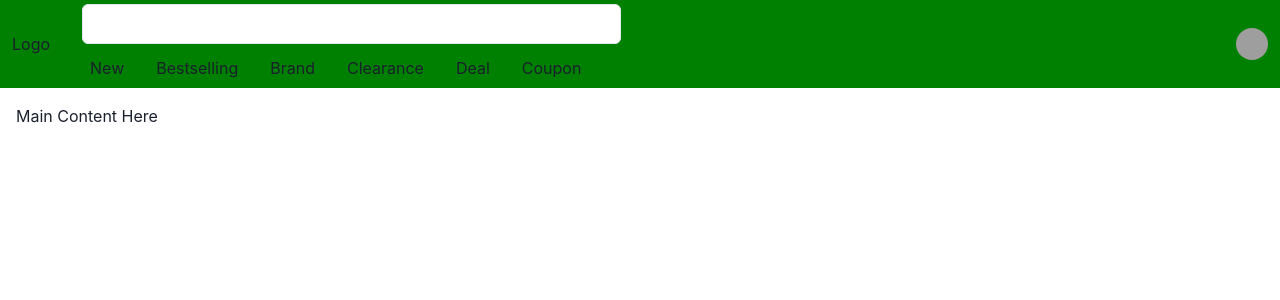
Repository: Vedprakas987/Shopee_cw24
Page: / (app in shopee_online/)
The author's editor kept a copy of each file at every save. The page is drawn from the files as they stood at one save, then again after the next save.
The browser window is 1280 px wide. The pictures show the whole page.
Pictures or frames that could not be fetched are drawn as grey boxes. The project was rebuilt for these pictures with package versions that can differ from the ones it lists, and the page was loaded fresh each time.

Above is the page before, as saved 2022-12-15 21:19:07.

### shopee_online/src/index.js
import React from 'react';
import ReactDOM from 'react-dom/client';
import './index.css';
import App from './App';
import reportWebVitals from './reportWebVitals';
import { BrowserRouter } from 'react-router-dom';
import { ChakraProvider } from '@chakra-ui/react';
const root = ReactDOM.createRoot(document.getElementById('root'));
root.render(
  <ChakraProvider>
  <BrowserRouter>
    <App />
  </BrowserRouter>
  </ChakraProvider>

);

// If you want to start measuring performance in your app, pass a function
// to log results (for example: reportWebVitals(console.log))
// or send to an analytics endpoint. Learn more: https://bit.ly/CRA-vitals
reportWebVitals();

### shopee_online/src/App.js
import Navbar from "./Routes/Navbar";
function App() {
  return (
    <div className="App">
      <Navbar/>
    </div>
  );
}

export default App;

### shopee_online/src/Routes/Navbar.jsx
import { ReactNode } from 'react';
import { Input, VStack } from '@chakra-ui/react';
import {
  Box,
  Flex,
  Avatar,
  HStack,
  Link,
  IconButton,
  Button,
  Menu,
  MenuButton,
  MenuList,
  MenuItem,
  MenuDivider,
  useDisclosure,
  useColorModeValue,
  Stack,
} from '@chakra-ui/react';
import { HamburgerIcon, CloseIcon } from '@chakra-ui/icons';

const Links = ['New','Bestselling','Brand','Clearance','Deal','Coupon',''];

const NavLink = ({ children }) => (
  <Link
    px={2}
    py={1}
    rounded={'md'}
    _hover={{
      textDecoration: 'none',
      bg: useColorModeValue('gray.200', 'gray.700'),
    }}
    href={'#'}>
    {children}
  </Link>
);

export default function Navbar() {
  const { isOpen, onOpen, onClose } = useDisclosure();

  return (
    <>
      <Box bg={useColorModeValue('green', 'green')} px={7} padding="12px">
        <Flex h={16} alignItems={'center'} justifyContent={'space-between'}>
          <IconButton
            size={'md'}
            icon={isOpen ? <CloseIcon /> : <HamburgerIcon />}
            aria-label={'Open Menu'}
            display={{ md: 'none' }}
            onClick={isOpen ? onClose : onOpen}
          />
          <HStack spacing={8} alignItems={'center'}>
            <Box>Logo</Box>
            <VStack>
                <Input bg="white" color="black"/>
            <HStack
              as={'nav'}
              spacing={4}
              display={{ base: 'none', md: 'flex' }}>
              {Links.map((link) => (
                <NavLink key={link}>{link}</NavLink>
              ))}
            </HStack>
            </VStack>
          </HStack>

          <Flex alignItems={'center'}>
            <Menu>
              <MenuButton
                as={Button}
                rounded={'full'}
                variant={'link'}
                cursor={'pointer'}
                minW={0}>
                <Avatar
                  size={'sm'}
                  src={
                    'https://images.unsplash.com/photo-1493666438817-866a91353ca9?ixlib=rb-0.3.5&q=80&fm=jpg&crop=faces&fit=crop&h=200&w=200&s=b616b2c5b373a80ffc9636ba24f7a4a9'
                  }
                />
              </MenuButton>
              <MenuList>
                <MenuItem>Link 1</MenuItem>
                <MenuItem>Link 2</MenuItem>
                <MenuDivider />
                <MenuItem>Link 3</MenuItem>
              </MenuList>
            </Menu>
          </Flex>
        </Flex>

        {isOpen ? (
          <Box pb={4} display={{ md: 'none' }}>
            <Stack as={'nav'} spacing={4}>
              {Links.map((link) => (
                <NavLink key={link}>{link}</NavLink>
              ))}
            </Stack>
          </Box>
        ) : null}
      </Box>

      <Box p={4}>Main Content Here</Box>
    </>
  );
}

Loaded but not shown: shopee_online/public/index.html (common file); shopee_online/src/index.css (common file); shopee_online/src/reportWebVitals.js (common file)

After the next save:
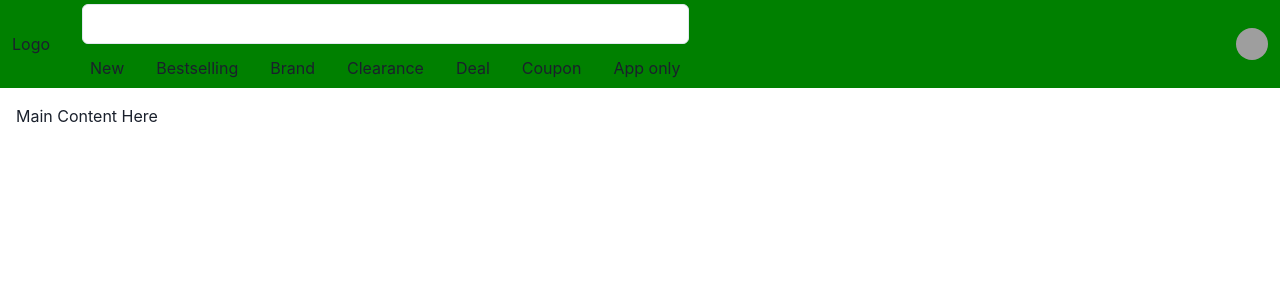
Saved 4 s later.
--- a/shopee_online/src/Routes/Navbar.jsx
+++ b/shopee_online/src/Routes/Navbar.jsx
@@ -19,7 +19,7 @@ import {
 } from '@chakra-ui/react';
 import { HamburgerIcon, CloseIcon } from '@chakra-ui/icons';
 
-const Links = ['New','Bestselling','Brand','Clearance','Deal','Coupon',''];
+const Links = ['New','Bestselling','Brand','Clearance','Deal','Coupon','App only'];
 
 const NavLink = ({ children }) => (
   <Link
